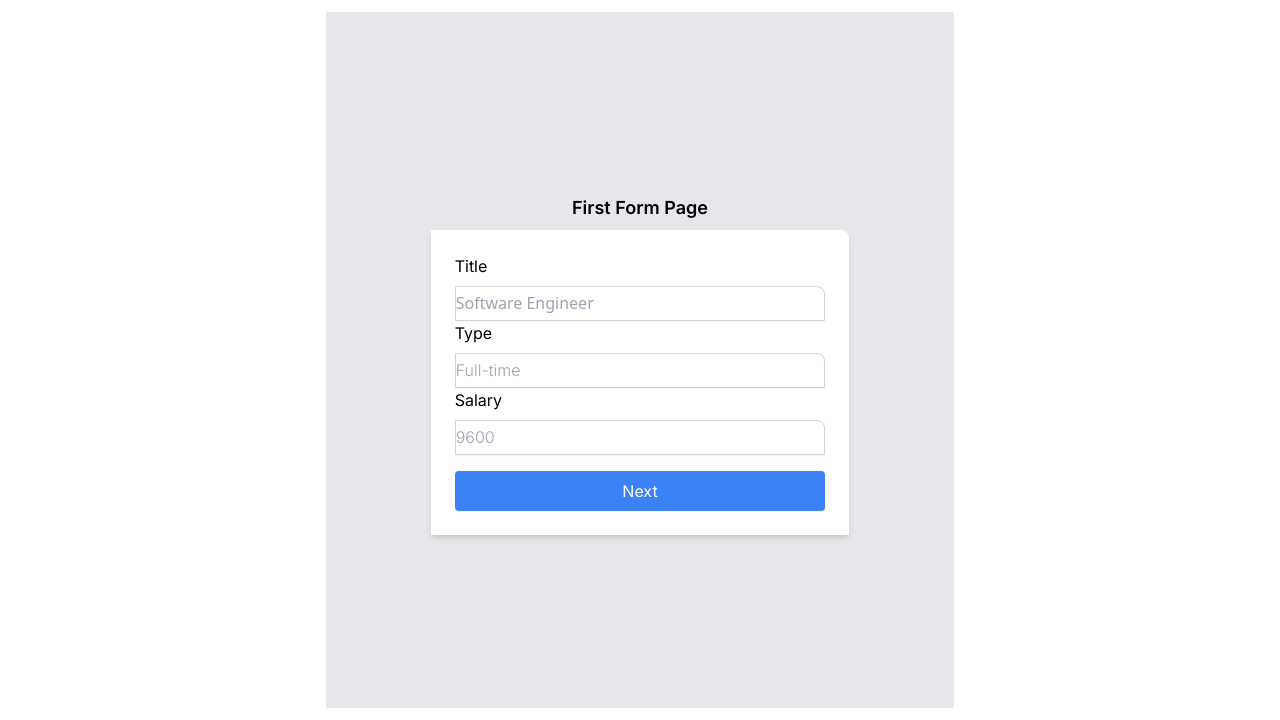
Repository: Abdibaye/Job-Sphere
Page: /form
These files come from the project's save history. The page is drawn as it stood at one moment and after the next save; the edit follows.
The browser window is 1280 px wide. The pictures show the whole page.
The project was rebuilt for these pictures with package versions that can differ from the ones it lists, and the page was loaded fresh each time. Also part of the build but not shown: vite.config.js, src/components/search.jsx, src/components/navbar.jsx, src/pages/descriptionpage.jsx, src/components/job.jsx, src/components/feed.jsx, src/components/saved.jsx, src/components/filter.jsx and 4 more.

Above is the page before, as saved 2025-02-23 12:15:29.

After the next save:
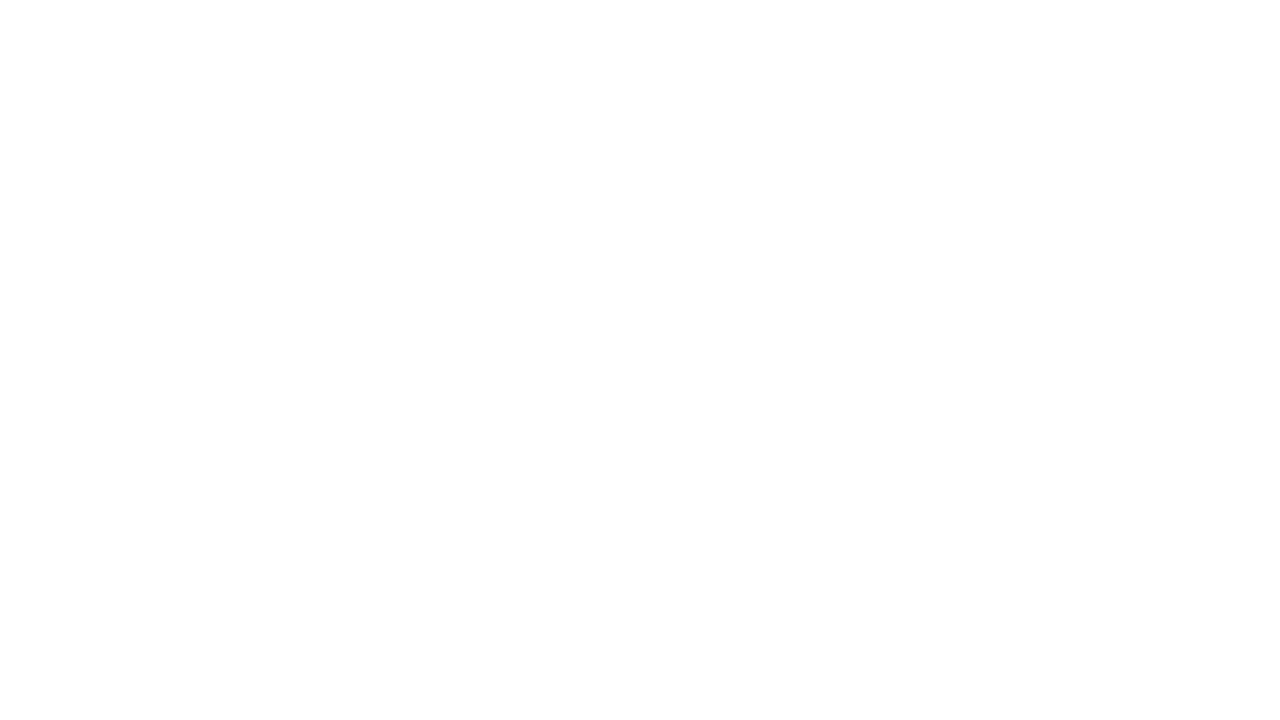
Console error (its wording comes from the project's code and is left out).
Saved 17 s later.
--- a/src/pages/formpage.jsx
+++ b/src/pages/formpage.jsx
@@ -20,6 +20,7 @@
         });
       }
 
+    updateDate("title")
 
 
 

After the 2 saves that followed:
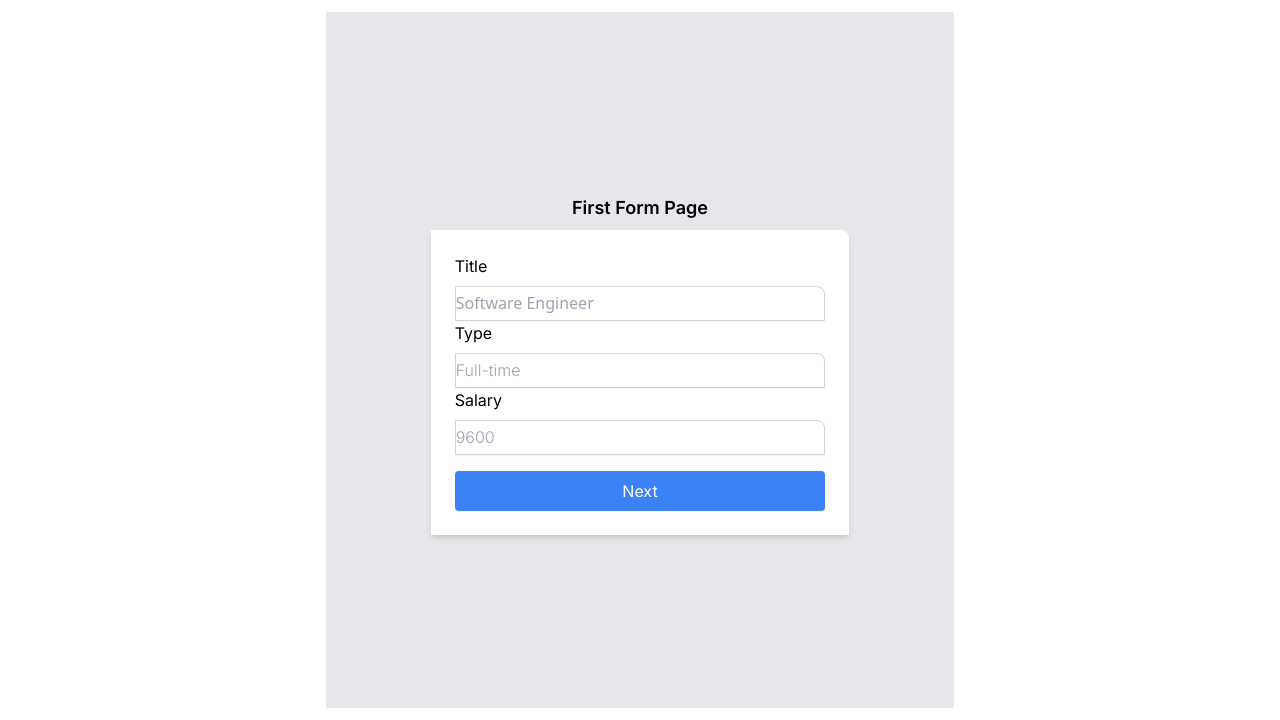
The error is gone.
The 2 saves are shown as one change because 1 left the picture as it was.
The last was saved 57 s later.
--- a/src/pages/formpage.jsx
+++ b/src/pages/formpage.jsx
@@ -20,7 +20,7 @@
         });
       }
 
-    updateDate("title")
+
 
 
 
